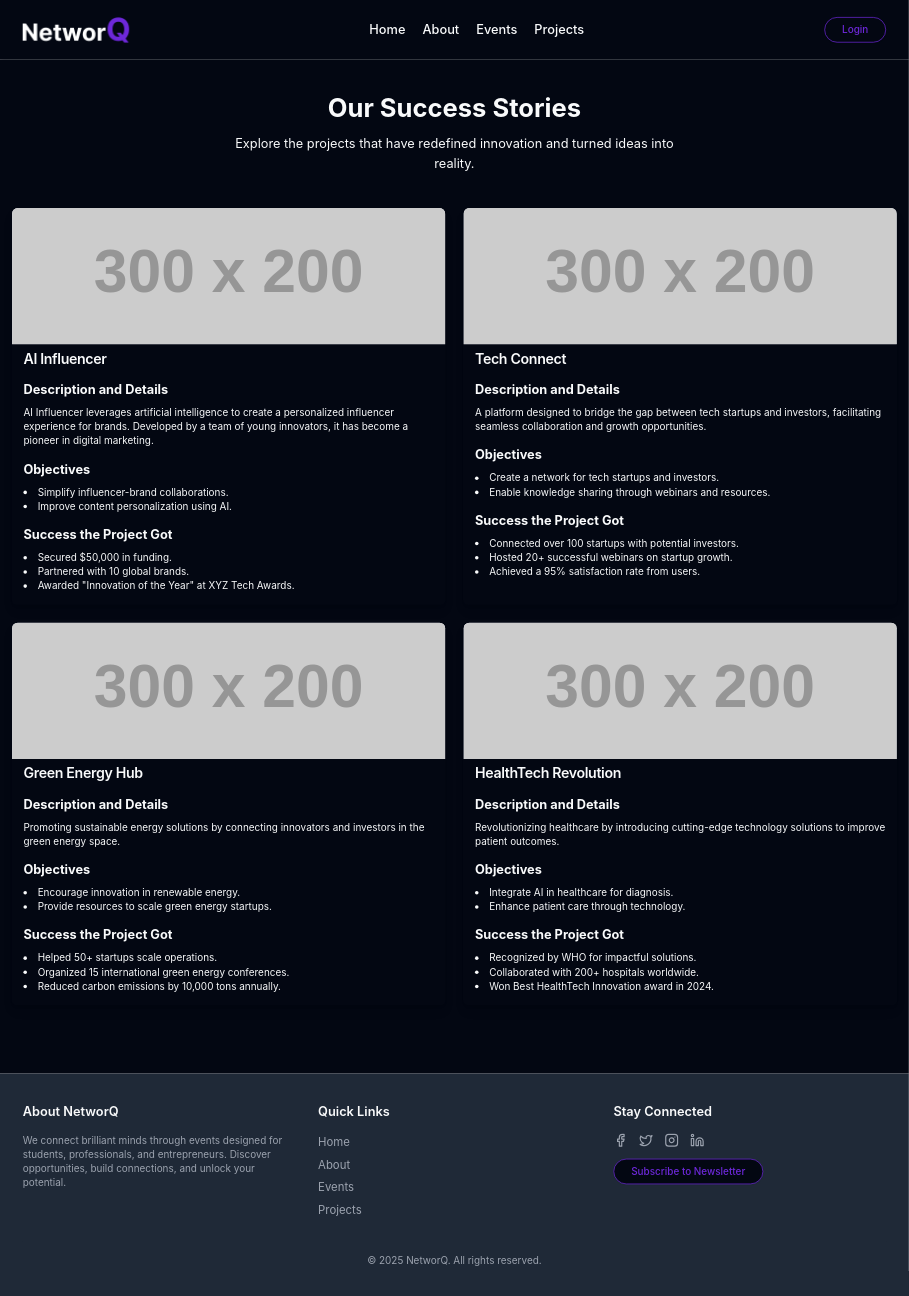
Repository: Wahab3917/Red-Pill-Coders-Hackathon-Submission
Page: /projects (app in frontend/)
An editor plug-in stored every save of this project. The page is shown before and after the next save, followed by the edit.
The browser window is 1280 px wide. The pictures show the whole page, at 71% of full size.
The project was rebuilt for these pictures with package versions that can differ from the ones it lists, and the page was loaded fresh each time. Also part of the build but not shown: frontend/vite.config.js, frontend/src/layouts/AuthLayout.jsx, frontend/src/pages/Home.jsx, frontend/src/pages/About.jsx, frontend/src/pages/Event.jsx.

Above is the page before, as saved 2025-01-25 13:13:52.

After the next save:
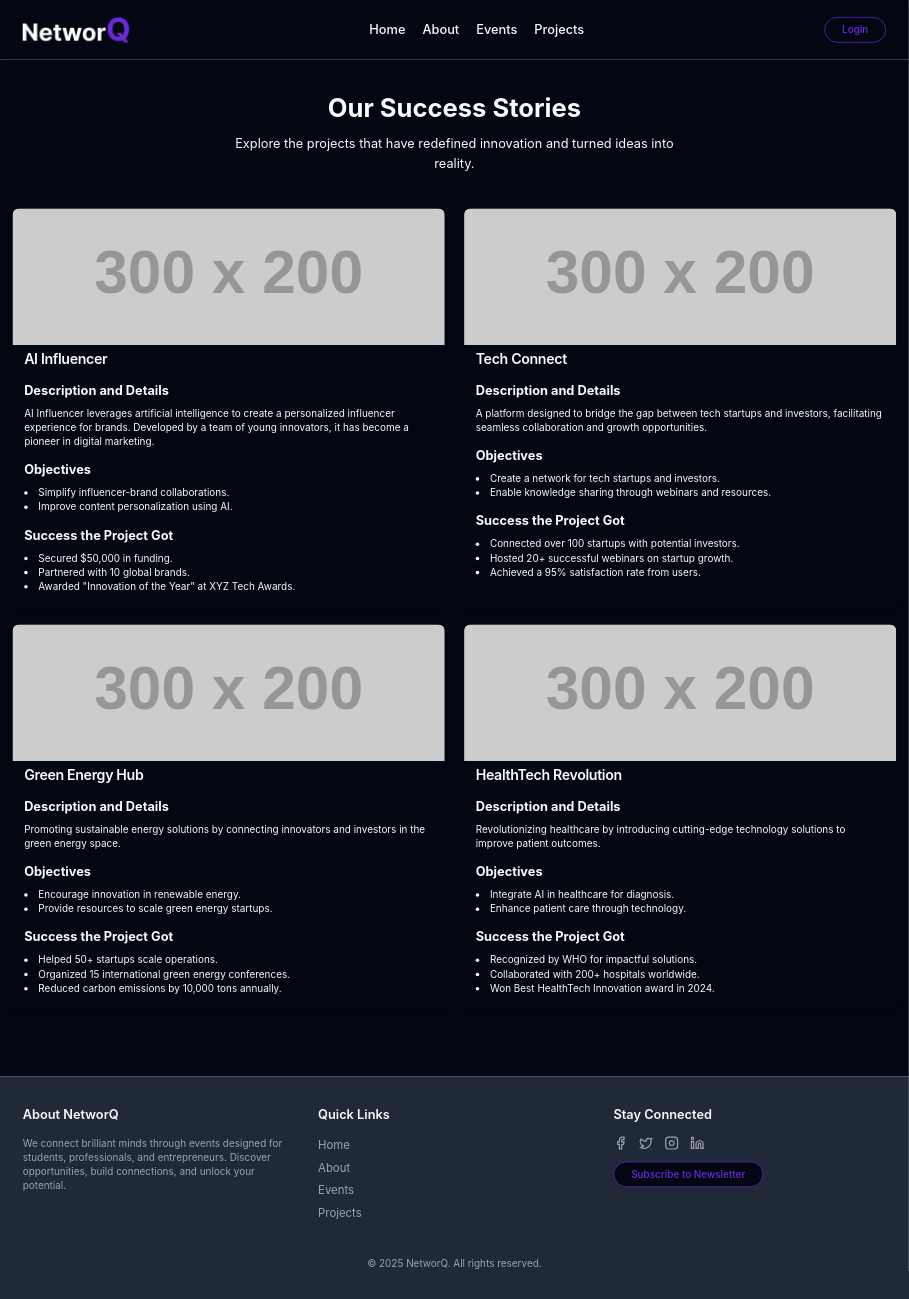
Saved 3 min 16 s later.
--- a/frontend/src/pages/Project.jsx
+++ b/frontend/src/pages/Project.jsx
@@ -85,7 +85,7 @@ export default function ProjectsPage() {
                 {projectsData.map((project, index) => (
                   <Card
                     key={index}
-                    className="rounded-lg shadow-lg hover:shadow-xl border border-transparent hover:border-primary transition duration-300"
+                    className="rounded-lg shadow-lg hover:shadow-xl border-2 border-transparent hover:border-primary transition duration-300"
                   >
                     <CardHeader className="p-0">
                       {/* Project Image */}
